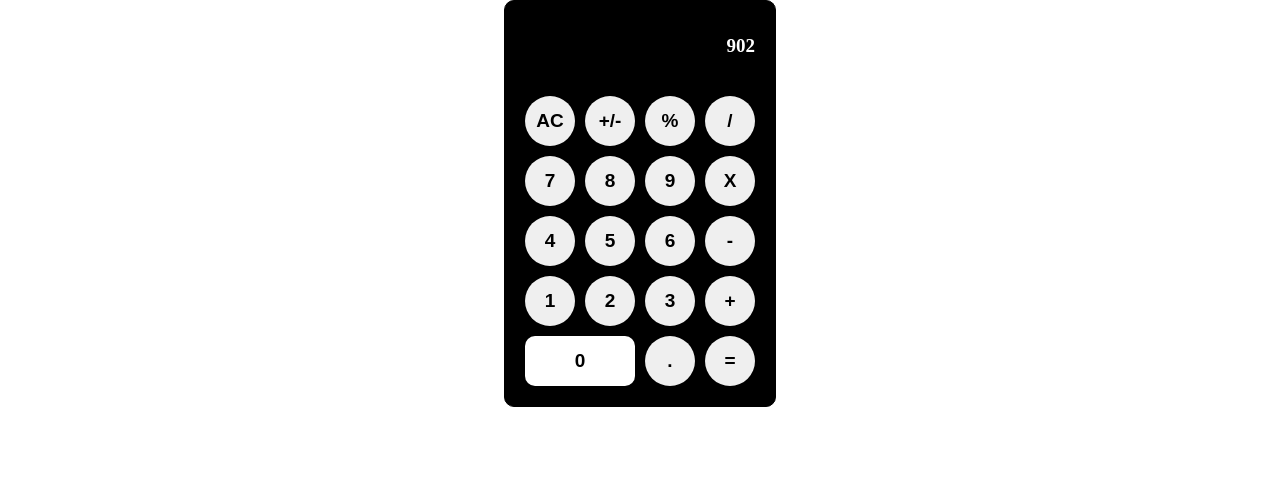
Repository: dmpelaez/calculator
Page: Calculator.html
An editor plug-in stored every save of this project. The page is shown before and after the next save, followed by the edit.
The browser window is 1280 px wide. The pictures show the whole page.

Above is the page before, as saved 2025-12-15 20:53:49.

### Calculator.html
<!DOCTYPE html>

  <html>
    <head>

      <title>Calculator</title>

      <!--CSS-->
      <link rel="stylesheet" href="Calculator.css">

    </head>
    <body>
      <!--Container-->
      <main class="container">

        <!--Sections-->
        <section class="Section">

          <!--Input section-->
          <div class="inputSection">902</div>

          <!--Btns section-->
          <div class="btnSection">
            <button class="btn cancel">AC</button>
            <button class="btn signs">+/-</button>
            <button class="btn rmnder">%</button>
            <button class="btn divide" onclick="appendNumber(' / ')">/</button>
            <button class="btn seven" onclick="appendNumber('7')">7</button>
            <button class="btn eight" onclick="appendNumber('8')">8</button>
            <button class="btn nine" onclick="appendNumber('9')">9</button>
            <button class="btn times" onclick="appendNumber(' x ')">X</button>
            <button class="btn four" onclick="appendNumber('4')">4</button>
            <button class="btn five" onclick="appendNumber('5')">5</button>
            <button class="btn six" onclick="appendNumber('6')">6</button>
            <button class="btn minus"  onclick="appendNumber(' - ')">-</button>
            <button class="btn one" onclick="appendNumber('1')">1</button>
            <button class="btn two" onclick="appendNumber('2')">2</button>
            <button class="btn three" onclick="appendNumber('3')">3</button>
            <button class="btn plus"  onclick="appendNumber(' + ')">+</button>
            <button class="btn zero" onclick="appendNumber('0')">0</button>
            <button class="btn dot" onclick="appendNumber(' . ')" >.</button>
            <button class="btn equal" onclick="appendValue()">=</button>
          </div>
        </section>


      </main>

      <script src="Calculator.js"></script>
    </body>

  </html>

### Calculator.css
body {
  margin: 0;
  padding: 0;
  box-sizing: border-box;
  display: flex;
  align-items: center;
  justify-content: center;

}

.Section {
display: flex;
flex-direction: column;
border: 1px solid black;
border-radius: 10px;
gap: 20px;
background: black;
}
.inputSection {
  color: white;
  padding: 20px;
  padding-bottom: 0px;
  display: flex;
  justify-content: end;
  height: 50px;
  align-items: center;
  font-size: 19px;
  font-weight: bold;
}
.btnSection {
  display: grid;
  grid-template-columns: 1fr 1fr 1fr 1fr;
  padding: 20px;
  gap: 10px;
  padding-top: 5px;
}
.btn {
  border: none;
  height: 50px;
  width: 50px;
  border-radius: 50%;
  font-weight: bold;
  Font-size: 19px;
  cursor: pointer;
}
.equal {
  grid-column: 4
}
.dot {
  grid-column: 3
}
.zero {
  grid-row: 5;
  grid-column: 1 / 2 span;
  background: white;
  width: auto;
  border-radius: 10px;
}

### Calculator.js
let answer = 0;

function appendNumber(num) {
  answer += num;


  console.log(answer);


 document.querySelector('.inputSection')
  .innerHTML = answer;

};

function appendValue() {
  const result = eval(document.querySelector('.inputSection').value);
   document.querySelector('.inputSection').innerHTML = result;
}







document.querySelector('.cancel')
.addEventListener('click', () => {

  answer = 0;
  document.querySelector('.inputSection')
  .innerHTML = '';
})

After the next save:
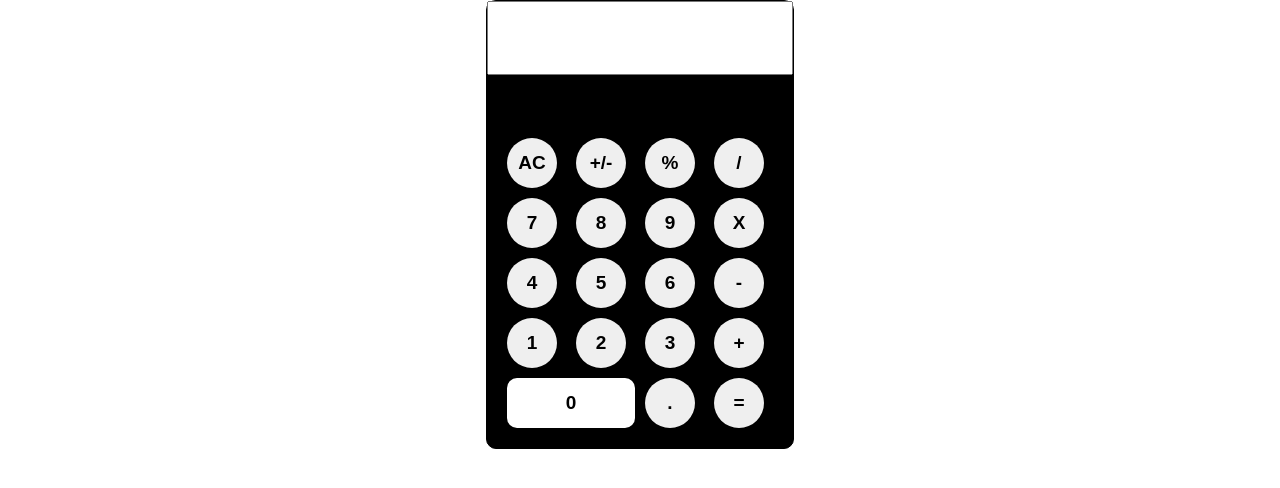
Saved 94 s later.
--- a/Calculator.html
+++ b/Calculator.html
@@ -17,7 +17,7 @@
         <section class="Section">
 
           <!--Input section-->
-          <div class="inputSection">902</div>
+          <input class="inputSection">902</input>
 
           <!--Btns section-->
           <div class="btnSection">
